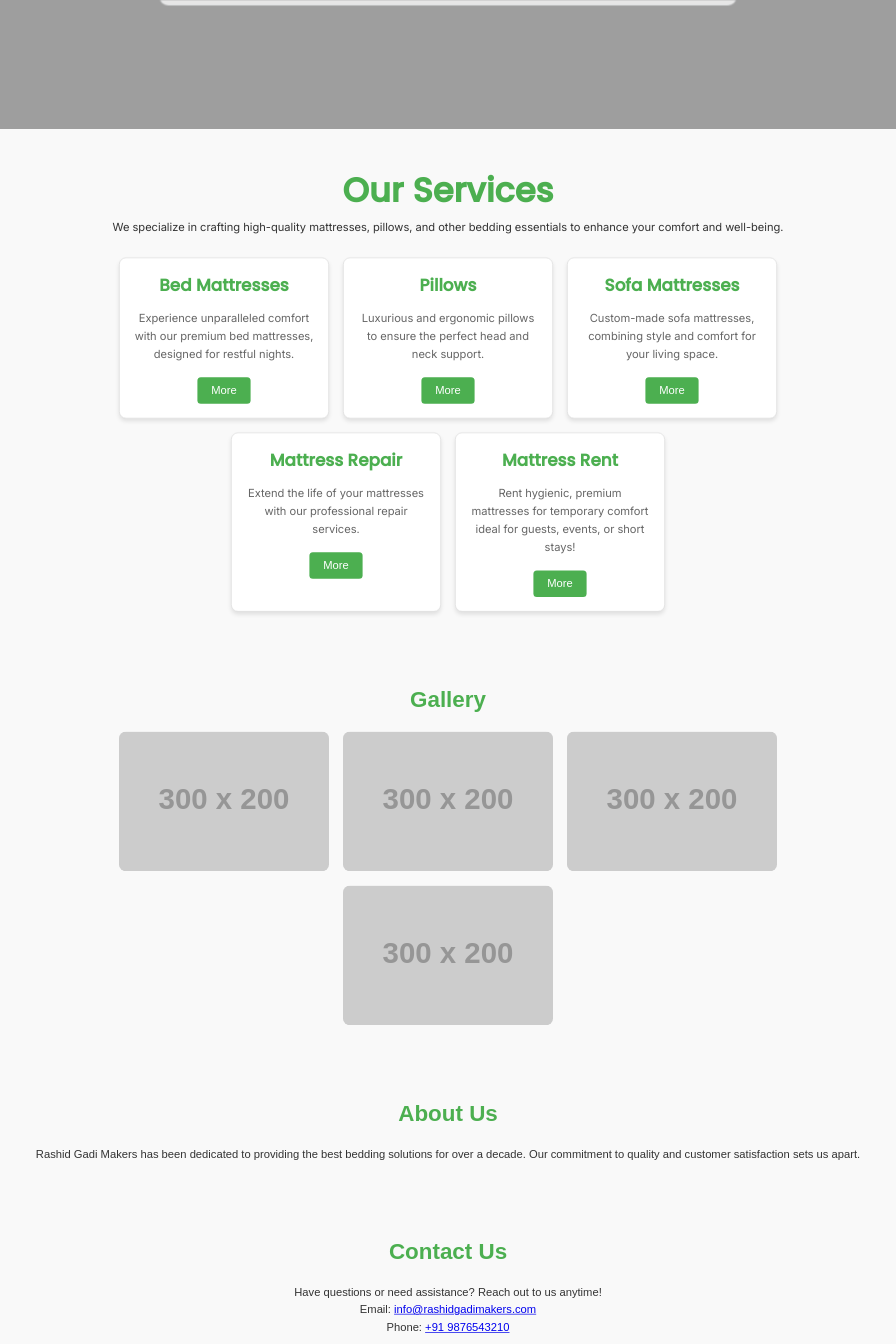
Repository: nadafgroup/rashidgadiUI
Page: src/home.html
An editor plug-in stored every save of this project. The page is shown before and after the next save, followed by the edit.
The browser window is 1280 px wide. The pictures show the part of the page from y = 377 to 2297 px (the page is 2402 px tall before and 3113 px after), at 70% of full size.
Pictures or frames that could not be fetched are drawn as grey boxes.

Above is the page before, as saved 2025-01-23 11:36:12.

### src/home.html
<!DOCTYPE html>
<html lang="en">
<head>
    <meta charset="UTF-8">
    <meta name="viewport" content="width=device-width, initial-scale=1.0">
    <title>Rashid Gadi Makers</title>
   <link rel="stylesheet" href="./home.css">
</head>
<body>
    <!-- Navbar -->
    <nav class="navbar">
        <div class="logo">Rashid Gadi Makers</div>
        <ul>
            <li><a href="#home">Home</a></li>
            <li><a href="#services">Services</a></li>
            <li><a href="#gallery">Gallery</a></li>
            <li><a href="#about">About Us</a></li>
            <li><a href="#contact">Contact Us</a></li>
        </ul>
    </nav>

    <!-- Hero Section -->
    <div class="hero" id="home">
        <div class="content">
            <h1>Welcome to Rashid Gadi Makers</h1>
            <p>Your one-stop solution for premium mattresses and pillows.</p>
        </div>
    </div>

    <!-- Services Section -->
    <section  class="services" id="services">
        <h2>Our Services</h2>
        <p>We specialize in crafting high-quality mattresses, pillows, and other bedding essentials to enhance your comfort and well-being.</p>
        <div class="services-container">
            <div class="service-card">
                <h3>Bed Mattresses</h3>
                <p>Experience unparalleled comfort with our premium bed mattresses, designed for restful nights.</p>
                <button class="btn-more">More</button>
            </div>
            <div class="service-card">
                <h3>Pillows</h3>
                <p>Luxurious and ergonomic pillows to ensure the perfect head and neck support.</p>
                <button class="btn-more">More</button>
            </div>
            <div class="service-card">
                <h3>Sofa Mattresses</h3>
                <p>Custom-made sofa mattresses, combining style and comfort for your living space.</p>
                <button class="btn-more">More</button>
            </div>
            <div class="service-card">
                <h3>Mattress Repair</h3>
                <p>Extend the life of your mattresses with our professional repair services.</p>
                <button class="btn-more">More</button>
            </div>
            <div class="service-card">
                <h3>Mattress Rent</h3>
                <p>Rent hygienic, premium mattresses for temporary comfort ideal for guests, events, or short stays!</p>
                <button class="btn-more">More</button>
            </div>
        </div>
    </section>

    <!-- Gallery Section -->
    <section id="gallery">
        <h2>Gallery</h2>
        <div class="gallery">
            <img src="https://via.placeholder.com/300x200" alt="Gallery Image 1">
            <img src="https://via.placeholder.com/300x200" alt="Gallery Image 2">
            <img src="https://via.placeholder.com/300x200" alt="Gallery Image 3">
            <img src="https://via.placeholder.com/300x200" alt="Gallery Image 4">
        </div>
    </section>

    <!-- About Us Section -->
    <section id="about">
        <h2>About Us</h2>
        <p>Rashid Gadi Makers has been dedicated to providing the best bedding solutions for over a decade. Our commitment to quality and customer satisfaction sets us apart.</p>
    </section>

    <!-- Contact Section -->
    <section id="contact">
        <h2>Contact Us</h2>
        <p>Have questions or need assistance? Reach out to us anytime!</p>
        <p>Email: <a href="mailto:info@rashidgadimakers.com">info@rashidgadimakers.com</a></p>
        <p>Phone: <a href="tel:+919876543210">+91 9876543210</a></p>
    </section>

    <!-- Footer -->
    <footer>
        <p>&copy; 2025 Rashid Gadi Makers. All Rights Reserved.</p>
    </footer>
</body>
</html>

### src/home.css
@font-face {
    font-family: 'poppins';
    src: url('../assets/fonts/Poppins/Poppins-Medium.ttf') format('truetype');
}



@font-face {
    font-family: 'inter';
    src: url('../assets/fonts/Inter/Inter-VariableFont_opsz\,wght.ttf') format('truetype');
}

@font-face {
    font-family: 'Exo';
    src: url('../assets/fonts/Exo2-VariableFont_wght.ttf') format('truetype');
}

 /* Reset and Basic Styling */
 * {
    margin: 0;
    padding: 0;
    box-sizing: border-box;
}

body {
    font-family: Arial, sans-serif;
    line-height: 1.6;
    background-color: #f9f9f9;
    color: #333;
}

/* Navbar Styles */
.navbar {
    display: flex;
    justify-content: space-between;
    align-items: center;
    padding: 10px 20px;
    background-color: #4CAF50;
    color: white;
    position: sticky;
    top: 0;
    z-index: 1000;
}

.navbar .logo {
    font-size: 1.5rem;
    font-weight: bold;
}

.navbar ul {
    list-style: none;
    display: flex;
}

.navbar ul li {
    margin: 0 15px;
}

.navbar ul li a {
    text-decoration: none;
    color: white;
    transition: color 0.3s;
}

.navbar ul li a:hover {
    color: #ddd;
}

/* Hero Section */
.hero {
    display: flex;
    justify-content: center;
    align-items: center;
    text-align: center;
    background: url('../assets/img/1.png') no-repeat center center/cover;
    /* color: white; */
    height: 70vh;
    padding: 20px;
    animation: fadeIn 1.5s ease-in-out;
}

@keyframes fadeIn {
    from {
        opacity: 0;
        transform: translateY(-20px);
    }
    to {
        opacity: 1;
        transform: translateY(0);
    }
}



.content{
    backdrop-filter: blur(1px) saturate(180%);
    -webkit-backdrop-filter: blur(1px) saturate(180%);
    background-color: rgba(255, 255, 255, 0.74);
    border-radius: 12px;
    border: 1px solid rgba(209, 213, 219, 0.3);
    padding: 20px;
}

.content h1 {
    font-size: 3rem;
    background: linear-gradient(to right, #5c5cbe, #2b84c4);
    -webkit-background-clip: text;
    -webkit-text-fill-color: transparent;
    font-family: 'poppins';
}

.content p {
    font-size: 1.2rem;
    font-family: 'inter';

}

/* service */
/* Services Section Styling */
.services-container {
    display: flex;
    flex-wrap: wrap;
    justify-content: center;
    gap: 20px;
    margin-top: 30px;
}


.services h2{
    font-family: 'poppins';
    font-size: 3rem;
    margin-bottom: 0px;
}

.services p{
    font-family: 'inter'
}

.service-card {
    background-color: white;
    border: 1px solid #ddd;
    border-radius: 10px;
    box-shadow: 0 4px 6px rgba(0, 0, 0, 0.1);
    width: 300px;
    padding: 20px;
    text-align: center;
    transition: transform 0.3s, box-shadow 0.3s;
}

.service-card:hover {
    transform: translateY(-5px);
    box-shadow: 0 6px 10px rgba(0, 0, 0, 0.2);
}

.service-card h3 {
    font-size: 1.5rem;
    color: #4CAF50;
    margin-bottom: 15px;
    font-family: 'poppins';

}

.service-card p {
    font-size: 1rem;
    color: #666;
    margin-bottom: 20px;
    font-family: 'inter';
}

.btn-more {
    background-color: #4CAF50;
    color: white;
    border: none;
    border-radius: 5px;
    padding: 10px 20px;
    cursor: pointer;
    font-size: 1rem;
    transition: background-color 0.3s;
}

.btn-more:hover {
    background-color: #45a049;
}


/* Section Styles */
section {
    padding: 50px 20px;
    text-align: center;
}

section h2 {
    margin-bottom: 20px;
    font-size: 2rem;
    color: #4CAF50;
}

.gallery {
    display: flex;
    flex-wrap: wrap;
    justify-content: center;
    gap: 20px;
}

.gallery img {
    width: 300px;
    height: 200px;
    object-fit: cover;
    border-radius: 10px;
}

/* Footer Styles */
footer {
    text-align: center;
    padding: 20px;
    background-color: #4CAF50;
    color: white;
}

/* Responsive Design */
@media (max-width: 768px) {
    .hero h1 {
        font-size: 2.5rem;
    }

    .gallery img {
        width: 100%;
        max-width: 400px;
    }
}

After the next save:
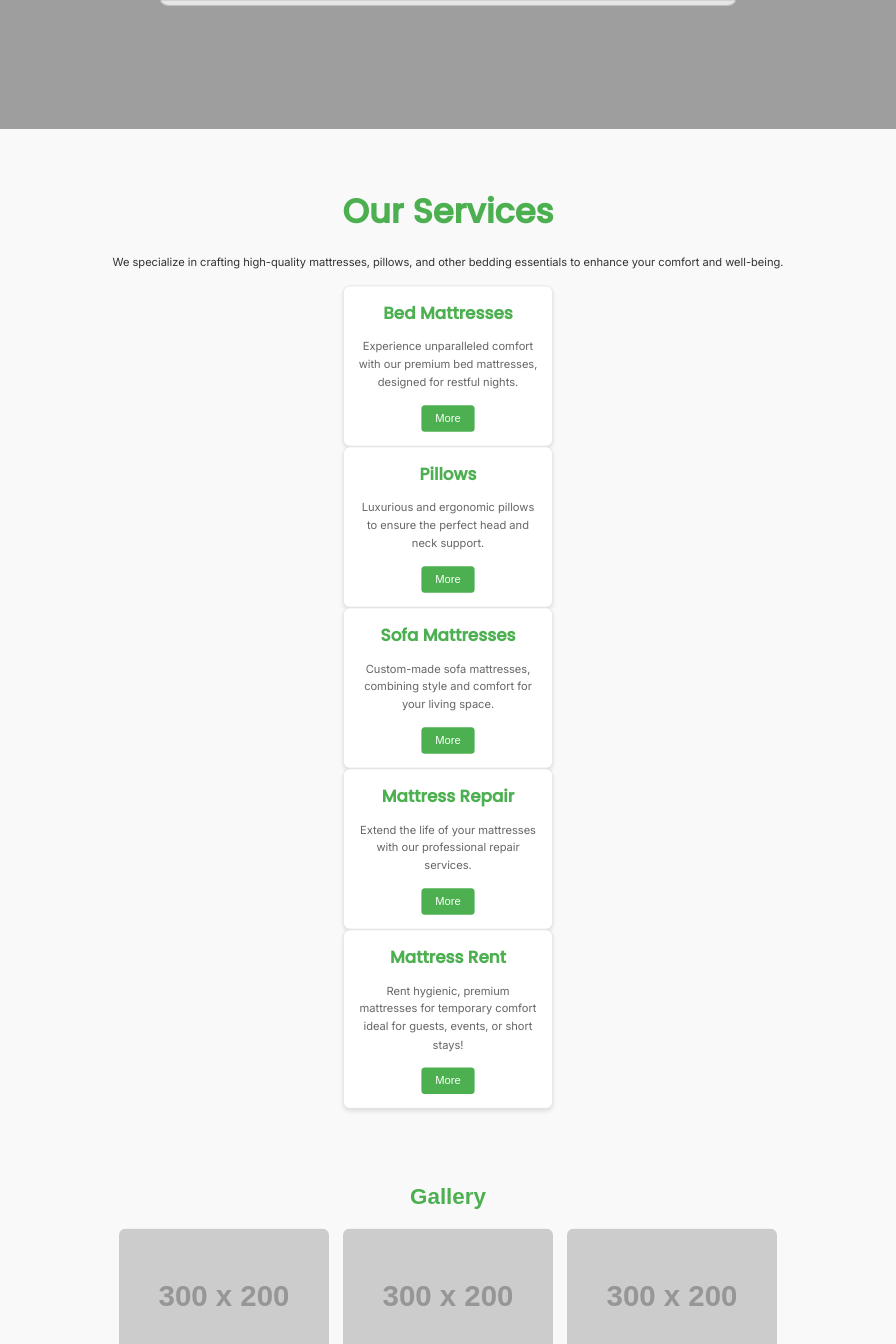
Saved 2 min 11 s later.
--- a/src/home.css
+++ b/src/home.css
@@ -117,7 +117,7 @@
 
 /* service */
 /* Services Section Styling */
-.services-container {
+.services{
     display: flex;
     flex-wrap: wrap;
     justify-content: center;

After the save that followed:
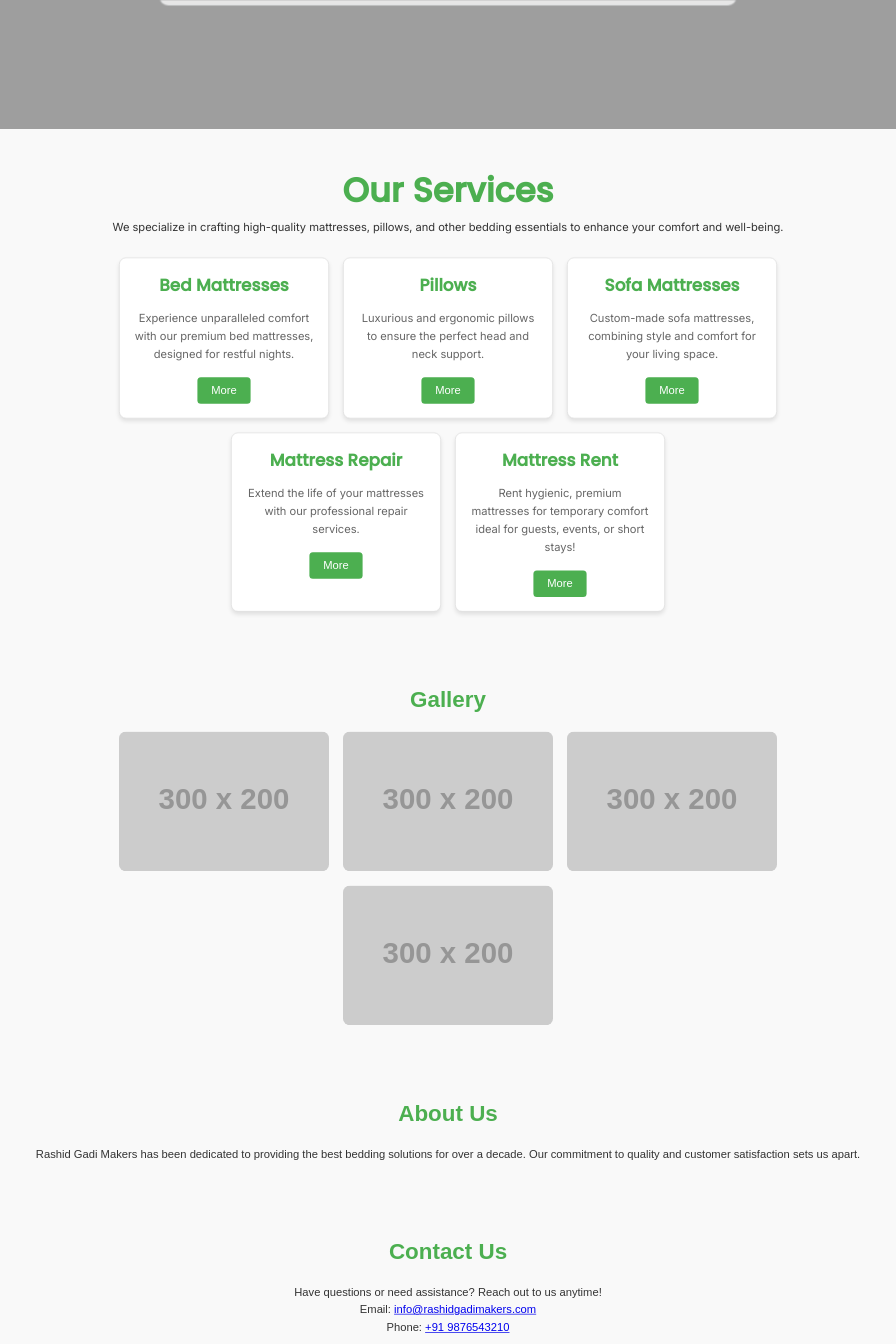
Saved 6 s later.
--- a/src/home.css
+++ b/src/home.css
@@ -117,7 +117,7 @@
 
 /* service */
 /* Services Section Styling */
-.services{
+.services-container {
     display: flex;
     flex-wrap: wrap;
     justify-content: center;
